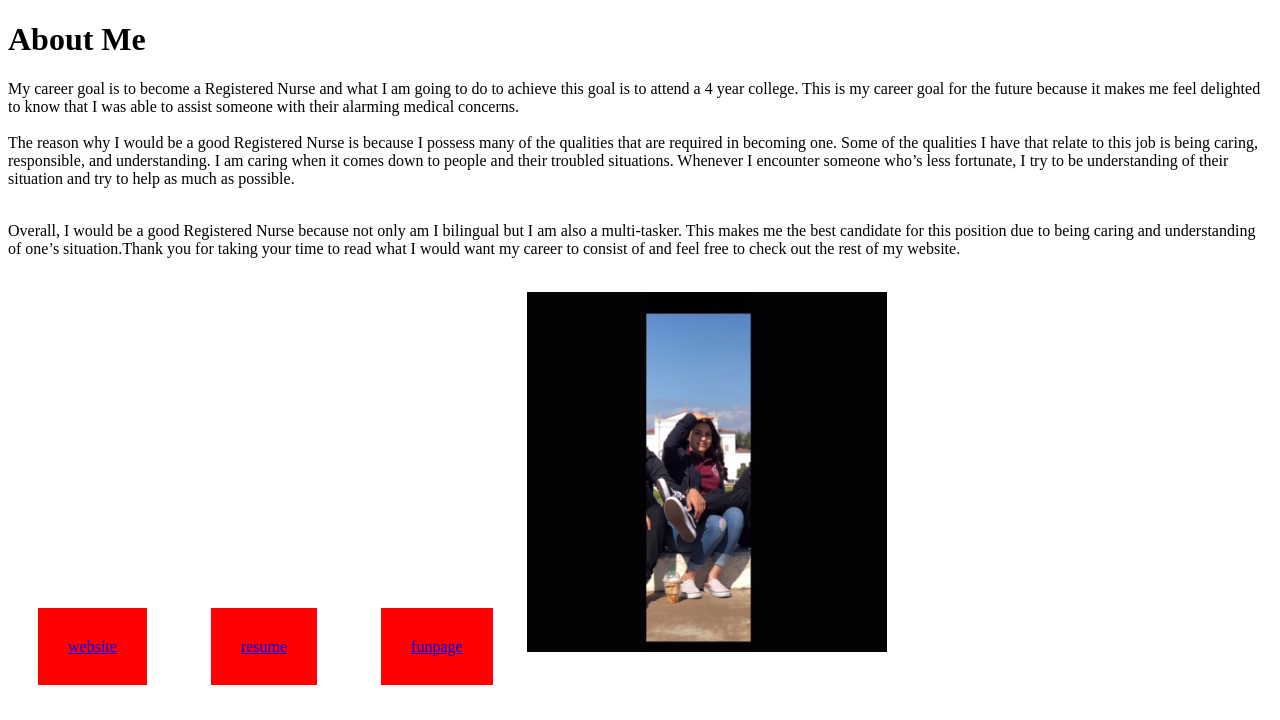
Repository: kasandrab/kasandrab.github.io
Page: aboutme.html
The author's editor kept a record of every edit. The page is drawn from the files as they stood at one moment, then again after the next edit.
The browser window is 1280 px wide. The pictures show the whole page.

Above is the page before.

### aboutme.html
<!DOCTYPE html>
<html>
<head>
  <title>About Me</title>
  <meta charset="utf-8"/>
  <link rel="stylesheet" type="text/css" href="style.css">
</head>
<h1>About Me</h1>

<body>
<p>My career goal is to become a Registered Nurse and what I am going to do to achieve this goal is to attend a 4 year college. This is my career goal for the future because it makes me feel delighted to know that I was able to assist someone with their alarming medical concerns.<br /> <br />


The reason why I would be a good Registered Nurse is because I possess many of the qualities that are required in becoming one. Some of the qualities I have that relate to this job is being caring, responsible, and understanding. I am caring when it comes down to people and their troubled situations. Whenever I encounter someone who’s less fortunate, I try to be understanding of their situation and try to help as much as possible.</p><br>


Overall, I would be a good Registered Nurse because not only am I bilingual but I am also a multi-tasker. This makes me the best candidate for this position due to being caring and understanding of one’s situation.Thank you for taking your time to read what I would want my career to consist of and feel free to check out the rest of my website.<br /> <br />

</p>


    <a href="website.html"> website</a>
    <a href="resume.html">resume</a>
    <a href="funpage.html">funpage</a>


     <img src="image.JPG"

   </html>

### style.css

a {
    padding:30px;
    margin:30px;
    background-color: red;
}

After the next edit:
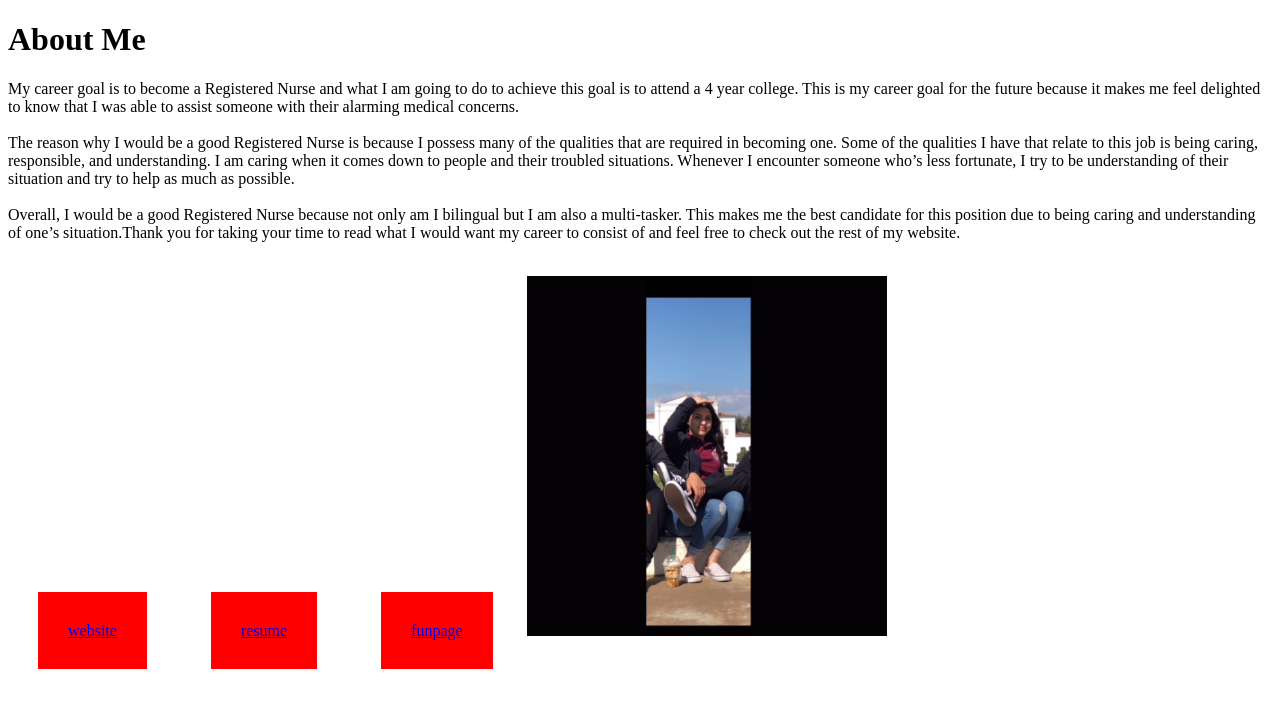
The edit:
--- a/aboutme.html
+++ b/aboutme.html
@@ -11,7 +11,7 @@
 <p>My career goal is to become a Registered Nurse and what I am going to do to achieve this goal is to attend a 4 year college. This is my career goal for the future because it makes me feel delighted to know that I was able to assist someone with their alarming medical concerns.<br /> <br />
 
 
-The reason why I would be a good Registered Nurse is because I possess many of the qualities that are required in becoming one. Some of the qualities I have that relate to this job is being caring, responsible, and understanding. I am caring when it comes down to people and their troubled situations. Whenever I encounter someone who’s less fortunate, I try to be understanding of their situation and try to help as much as possible.</p><br>
+The reason why I would be a good Registered Nurse is because I possess many of the qualities that are required in becoming one. Some of the qualities I have that relate to this job is being caring, responsible, and understanding. I am caring when it comes down to people and their troubled situations. Whenever I encounter someone who’s less fortunate, I try to be understanding of their situation and try to help as much as possible.<br /> <br />
 
 
 Overall, I would be a good Registered Nurse because not only am I bilingual but I am also a multi-tasker. This makes me the best candidate for this position due to being caring and understanding of one’s situation.Thank you for taking your time to read what I would want my career to consist of and feel free to check out the rest of my website.<br /> <br />
